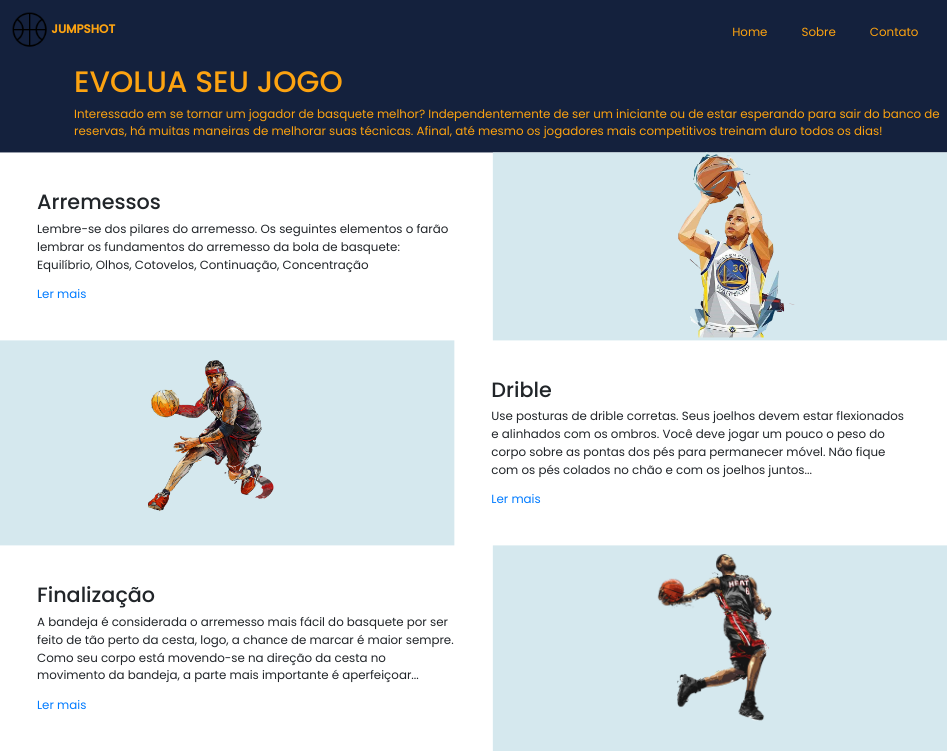
Repository: luisbisp/Jumpshot
Page: index.htm
These files come from the project's save history. The page is drawn as it stood at one moment and after the next save; the edit follows.
The browser window is 1280 px wide. The pictures show the whole page, at 74% of full size.

Above is the page before, as saved 2021-07-07 17:13:59.

### index.htm
<!DOCTYPE html>
<html lang="en">

<head>
    <meta charset="UTF-8">
    <meta http-equiv="X-UA-Compatible" content="IE=edge">
    <meta name="viewport" content="width=device-width, initial-scale=1.0">
    <link rel="preconnect" href="https://fonts.googleapis.com">
    <link rel="preconnect" href="https://fonts.gstatic.com" crossorigin>
    <link href="https://fonts.googleapis.com/css2?family=Poppins:wght@300;400;500&display=swap" rel="stylesheet">
    <link rel="stylesheet" href="https://maxcdn.bootstrapcdn.com/bootstrap/4.0.0/css/bootstrap.min.css"
        integrity="sha384-Gn5384xqQ1aoWXA+058RXPxPg6fy4IWvTNh0E263XmFcJlSAwiGgFAW/dAiS6JXm" crossorigin="anonymous">
    <link rel="stylesheet" href="./styles/styles.css">
    <title>jumpshot</title>
</head>

<body>
    <div class="container-fluid p-0">
        <!-- div com todo conteudo da pagina -->


        <header>
            <!-- div com conteudo do cabeçalho -->
            <div class="div-header">
                <div class="logo">
                    <img src="./images/logo.png" alt="">
                    <strong>JUMPSHOT</strong>
                </div>
                <div class="menu">
                    <!-- navbar do bootstrap -->
                    <nav class="navbar navbar-expand-lg">
                        <button class="navbar-toggler" type="button" data-toggle="collapse" data-target="#navbarNav"
                            aria-controls="navbarNav" aria-expanded="false" aria-label="Toggle navigation">
                            <span class="navbar-toggler-icon"></span>
                        </button>
                        <div class="collapse navbar-collapse" id="navbarNav">
                            <ul class="navbar-nav">
                                <li class="nav-item active">
                                    <a class="nav-link navbar-custom" href="#">Home <span
                                            class="sr-only">(current)</span></a>
                                </li>
                                <li class="nav-item">
                                    <a class="nav-link navbar-custom" href="#">Sobre</a>
                                </li>
                                <li class="nav-item">
                                    <a class="nav-link navbar-custom" href="#">Contato</a>
                                </li>
                            </ul>
                        </div>
                    </nav>
                </div>
            </div>

            <div class="div-header-content m-0">
                <div>
                </div>
                <div class="div-title">
                    <h1> EVOLUA SEU JOGO</h1>
                    <p> Interessado em se tornar um jogador de basquete melhor? Independentemente
                        de ser um iniciante ou de estar esperando para sair do banco de reservas,
                        há muitas maneiras de melhorar suas técnicas. Afinal, até mesmo os jogadores
                        mais competitivos treinam duro todos os dias!</p>
                </div>
            </div>
        </header>

        <!-- divs com o conteudo da pagina -->
        <div class="content">
            <div class="content-text">
                <h3>Arremessos</h3>
                <p>Lembre-se dos pilares do arremesso. Os seguintes elementos o
                    farão lembrar os fundamentos do arremesso da bola de basquete:
                    Equilíbrio, Olhos, Cotovelos, Continuação, Concentração</p>
                <a href="#">Ler mais</a>
            </div>
            <div class="content-image">
                <img class="illustration" src="./images/aremesso.png" alt="">
            </div>
        </div>

        <div class="content">
            <div class="content-image">
                <img class="illustration" src="./images/drible.png" alt="">
            </div>
            <div class="content-text">
                <h3>Drible</h3>
                <p>Use posturas de drible corretas. Seus joelhos devem estar flexionados e alinhados
                    com os ombros. Você deve jogar um pouco o peso do corpo sobre as pontas dos pés
                    para permanecer móvel. Não fique com os pés colados no chão e com os joelhos juntos...</p>
                <a href="#">Ler mais</a>
            </div>
        </div>

        <div class="content">
            <div class="content-text">
                <h3>Finalização</h3>
                <p>A bandeja é considerada o arremesso mais fácil do basquete por ser feito de tão
                    perto da cesta, logo, a chance de marcar é maior sempre. Como seu corpo está
                    movendo-se na direção da cesta no movimento da bandeja, a parte mais importante
                    é aperfeiçoar...</p>
                <a href="#">Ler mais</a>
            </div>
            <div class="content-image">
                <img class="illustration" src="./images/finalizaçao.png" alt="">
            </div>
        </div>


    </div>
</body>

</html>

### styles/styles.css
 *{
    font-family: 'Poppins', sans-serif;
 }
 header {
     background-color: #14213d;
     color: #fca311;
 }
 .div-header{
       display: flex;
       justify-content: space-between;
}

.logo{
    margin: 15px;
}

.navbar-custom{
    color: #fca311;
    margin: 15px;
}

.div-header-content{
    margin-top: 50px;
    display: flex;
    margin: 15px;
}

.div-title{
    margin-left: 100px;
}

.div-banner{
    display: flex;
    justify-content: center;
}

.content{
    display: flex;

}
.content-text{
    width: 100%;
    padding: 50px;
}

.content-image {
    width:100%;
    background-color: #d5e8ee;
    display: flex;
    justify-content: center;
}
.illustration{
    height: 250px;
}

After the next save:
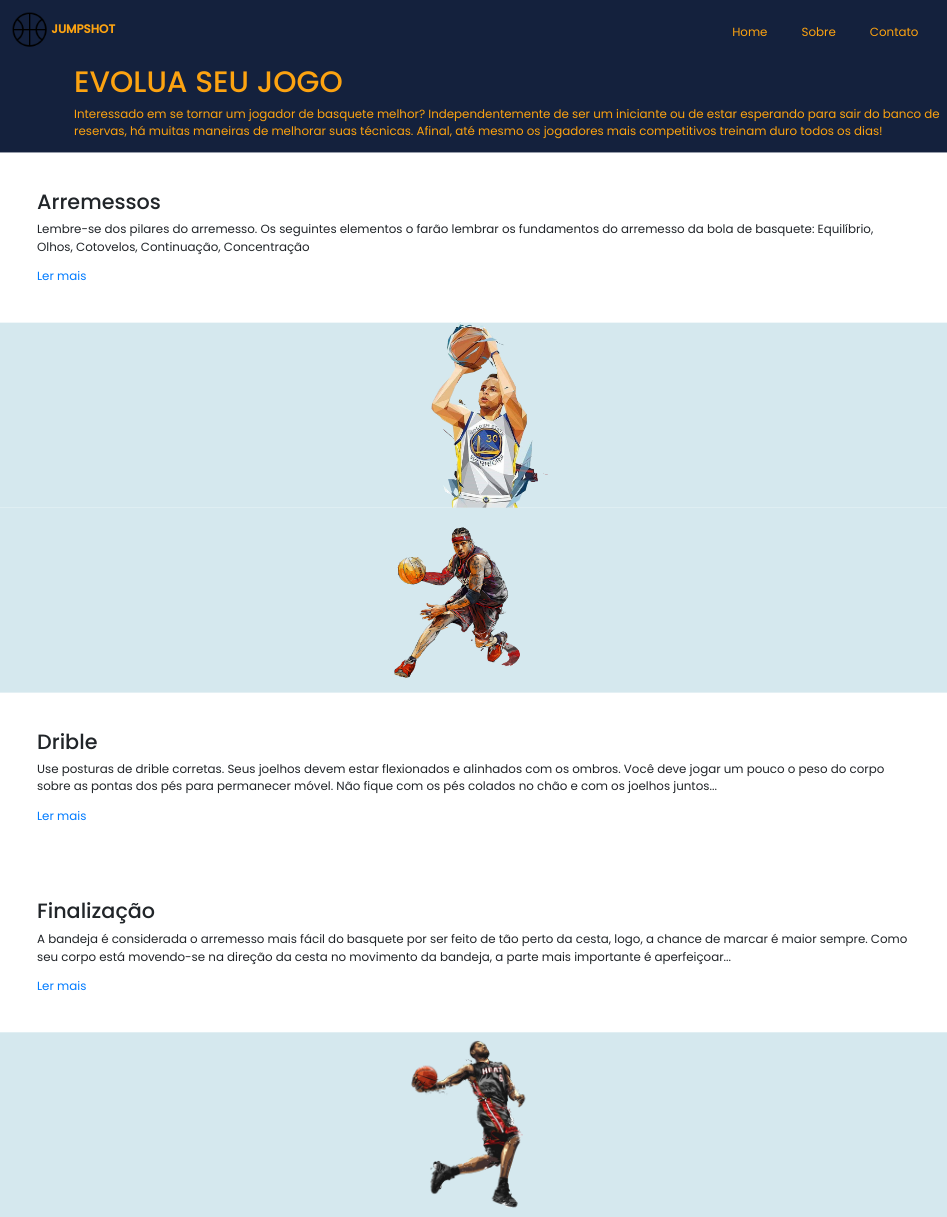
Saved 5 s later.
--- a/styles/styles.css
+++ b/styles/styles.css
@@ -34,10 +34,10 @@
     justify-content: center;
 }
 
-.content{
+/* .content{
     display: flex;
 
-}
+} */
 .content-text{
     width: 100%;
     padding: 50px;

After the save that followed:
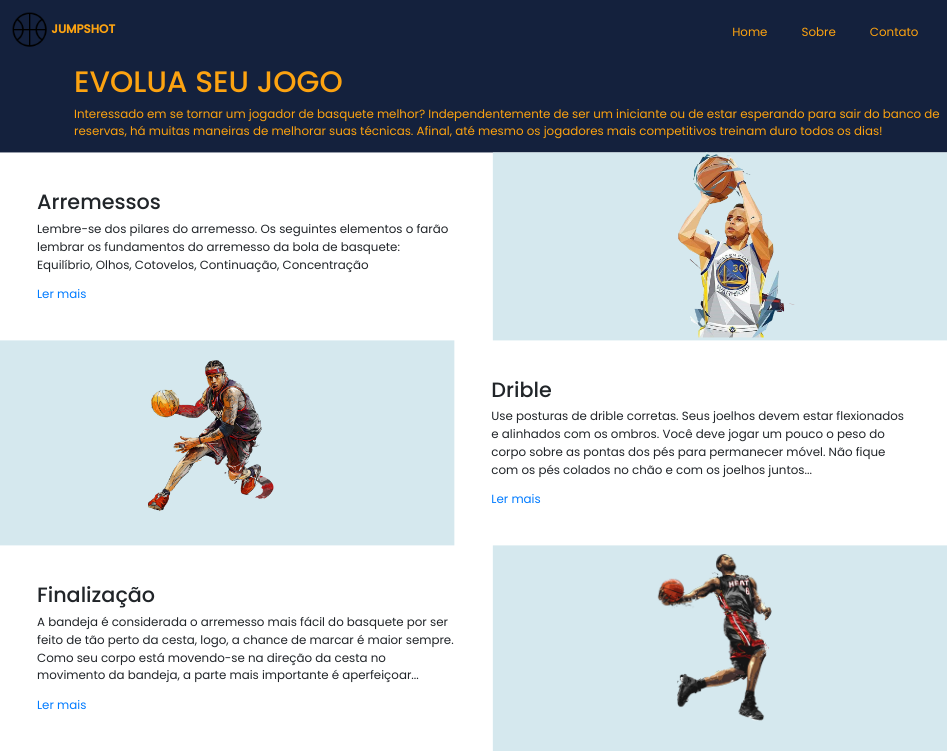
Saved 12 s later.
--- a/styles/styles.css
+++ b/styles/styles.css
@@ -34,10 +34,10 @@
     justify-content: center;
 }
 
-/* .content{
+.content{
     display: flex;
 
-} */
+}
 .content-text{
     width: 100%;
     padding: 50px;
